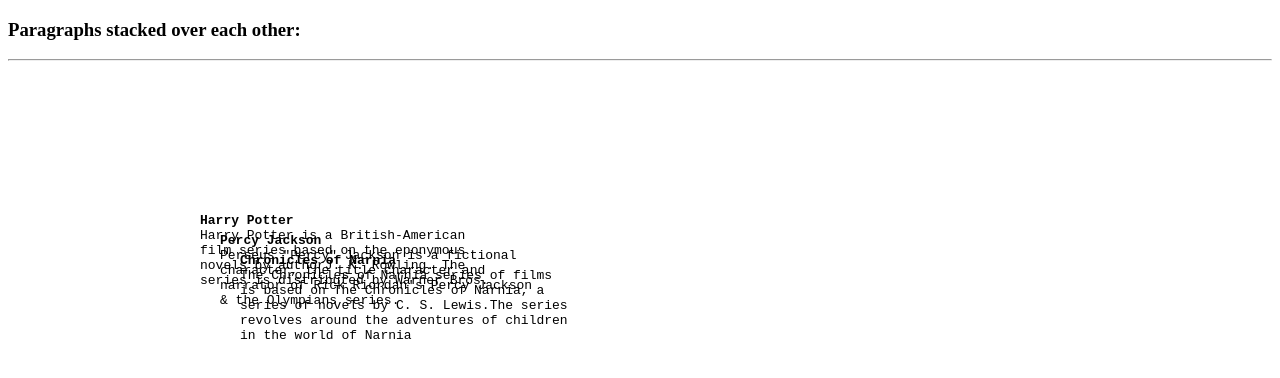
Repository: KrishnaSandeep79/WPS-Assignment
Page: WPS/WebContent/para.html
These files come from the project's save history. The page is drawn as it stood at one moment and after the next save; the edit follows.
The browser window is 1280 px wide. The pictures show the whole page.

Above is the page before, as saved 2019-08-24 05:45:12.

### WPS/WebContent/para.html
<!DOCTYPE html>
<html>
<head>
<meta name="viewport" content="width=device-width,initial-scale=1.0">
<title>stacked paras</title>
<style>
#first { position:absolute;
         top:200px;
         left:200px;
         }
#second { position:absolute;
         top:220px;
         left:220px;
         }
#third { position:absolute;
         top:240px;
         left:240px;
         }

</style>
</head>
<body>
<h3>Paragraphs stacked over each other:</h3>
<hr>
<div id="first">
<pre>
<b>Harry Potter</b>
Harry Potter is a British-American
film series based on the eponymous
novels by authorJ. K. Rowling. The
series is distributed by Warner Bros.
</pre>
</div>
<div id="second">
<pre>
<b>Percy Jackson</b>
Perseus "Percy" Jackson is a fictional
character, the title character and
narrator of Rick Riordan's Percy Jackson
& the Olympians series.
</pre>
</div>
<div id="third">
<pre>
<b>Chronicles of Narnia</b>
The Chronicles of Narnia series of films
is based on The Chronicles of Narnia, a
series of novels by C. S. Lewis.The series
revolves around the adventures of children
in the world of Narnia
</pre>
</div>

</body>
</html>

After the next save:
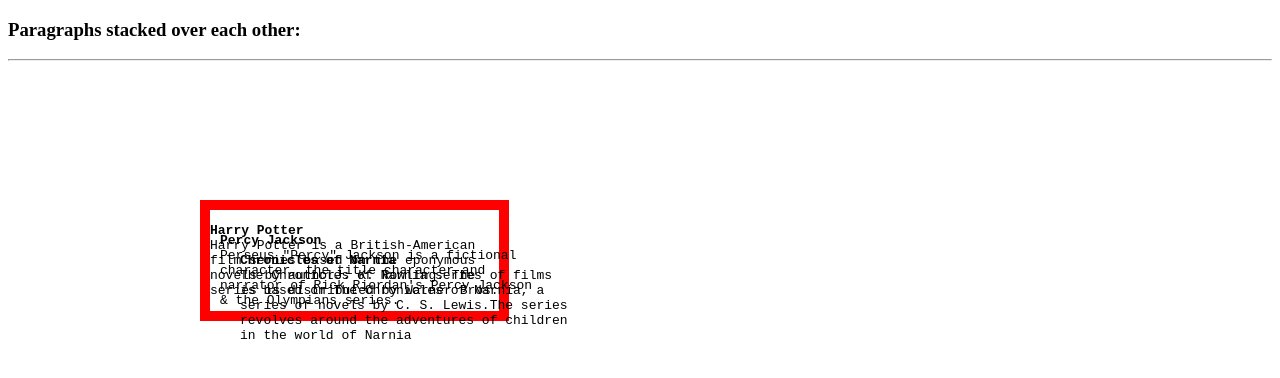
Saved 61 s later.
--- a/WPS/WebContent/para.html
+++ b/WPS/WebContent/para.html
@@ -7,6 +7,7 @@
 #first { position:absolute;
          top:200px;
          left:200px;
+         border:10px solid red;
          }
 #second { position:absolute;
          top:220px;
